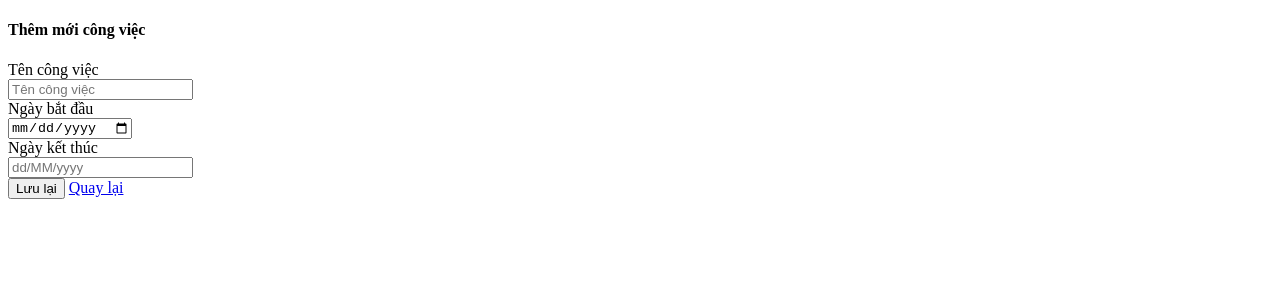
Repository: mindland/CrmApp
Page: http://localhost/CrmApp/WEB-INF/views/job/add.jsp
The author's editor kept a copy of each file at every save. The page is drawn from the files as they stood at one save, then again after a run of saves.
The browser window is 1280 px wide. The pictures show the whole page.
The page is served by Tomcat 9. Nobody is signed in. The template is opened directly, without the code that normally fills it, so the values that code supplies are empty.

Above is the page before, as saved 2020-09-13 13:38:00.

After the next 2 saves:
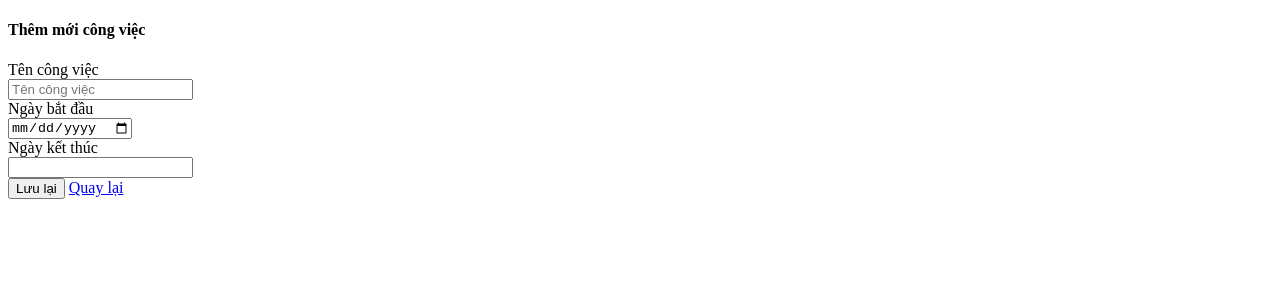
The 2 saves are shown as one change because they came seconds apart.
The last was saved 13 s later.
--- a/CrmApp/WebContent/WEB-INF/views/job/add.jsp
+++ b/CrmApp/WebContent/WEB-INF/views/job/add.jsp
@@ -37,7 +37,7 @@
 					<div class="form-group">
 						<label class="col-md-12">Ngày kết thúc</label>
 						<div class="col-md-12">
-							<input type="text" placeholder="dd/MM/yyyy"
+							<input type="text" name="end_date"
 								class="form-control form-control-line">
 						</div>
 					</div>
